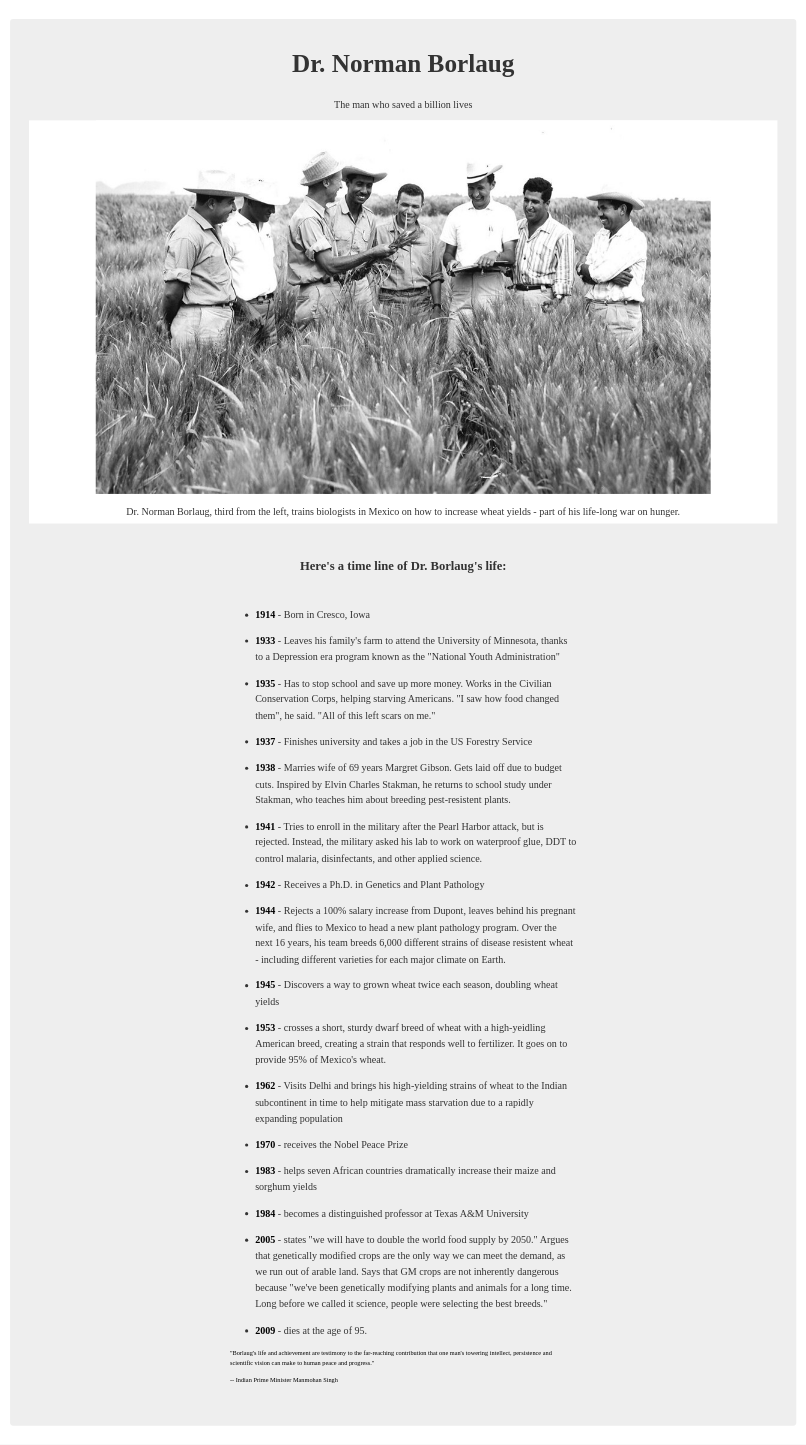
Repository: HTDuy01/github-demo
Page: freecodecamp/index.html
The author's editor kept a copy of each file at every save. The page is drawn from the files as they stood at one save, then again after the next save.
The browser window is 1280 px wide. The pictures show the whole page, at 63% of full size.

Above is the page before, as saved 2021-11-18 21:32:46.

### freecodecamp/index.html
<!DOCTYPE html>
<html lang="en">
<head>
    <meta charset="UTF-8">
    <meta http-equiv="X-UA-Compatible" content="IE=edge">
    <meta name="viewport" content="width=device-width, initial-scale=1.0">
    <title>Document</title>
    <link rel="stylesheet" href="/assets/css/style.css">
    <link rel="stylesheet" href="/assets/css/base.css">
</head>
<body>
    <div class="main">
        <header id="title">
            <h1 class="heading">Dr. Norman Borlaug</h1>
            <p class="sub-heading">The man who saved a billion lives</p>
        </header>

        <div id="img-div">
            <img src="/assets/img/tribute-page-main-image.jpg" alt="" class="img">
            <p class="sub-img">Dr. Norman Borlaug, third from the left, trains biologists in Mexico on how to increase wheat yields - part of his life-long war on hunger.</p>
        </div>

        <div class="content">
            <h3 class="content-heading">Here's a time line of Dr. Borlaug's life:</h3>
            <ul class="content-list">
                <li class="content-item">
                    <strong>1914</strong>
                     - Born in Cresco, Iowa
                </li>
                <li class="content-item">
                    <strong>1933</strong>
                      - Leaves his family's farm to attend the University of Minnesota, thanks to a Depression era program known as the "National Youth Administration"
                </li>
                <li class="content-item">
                    <strong>1935</strong>
                     - Has to stop school and save up more money. Works in the Civilian Conservation Corps, helping starving Americans. "I saw how food changed them", he said. "All of this left scars on me."
                </li>
                <li class="content-item">
                    <strong>1937</strong>
                     - Finishes university and takes a job in the US Forestry Service
                </li>
                <li class="content-item">
                    <strong>1938</strong>
                     - Marries wife of 69 years Margret Gibson. Gets laid off due to budget cuts. Inspired by Elvin Charles Stakman, he returns to school study under Stakman, who teaches him about breeding pest-resistent plants.
                </li>
                <li class="content-item">
                    <strong>1941</strong>
                      - Tries to enroll in the military after the Pearl Harbor attack, but is rejected. Instead, the military asked his lab to work on waterproof glue, DDT to control malaria, disinfectants, and other applied science.
                </li>
                <li class="content-item">
                    <strong>1942</strong>
                       - Receives a Ph.D. in Genetics and Plant Pathology
                </li>
                <li class="content-item">
                    <strong>1944</strong>
                    - Rejects a 100% salary increase from Dupont, leaves behind his pregnant wife, and flies to Mexico to head a new plant pathology program. Over the next 16 years, his team breeds 6,000 different strains of disease resistent wheat - including different varieties for each major climate on Earth.
                </li>
                <li class="content-item">
                    <strong>1945</strong>
                     - Discovers a way to grown wheat twice each season, doubling wheat yields
                </li>
                <li class="content-item">
                    <strong>1953</strong>
                      - crosses a short, sturdy dwarf breed of wheat with a high-yeidling American breed, creating a strain that responds well to fertilizer. It goes on to provide 95% of Mexico's wheat.
                </li>
                <li class="content-item">
                    <strong>1962</strong>
                     - Visits Delhi and brings his high-yielding strains of wheat to the Indian subcontinent in time to help mitigate mass starvation due to a rapidly expanding population
                </li>
                <li class="content-item">
                    <strong>1970</strong>
                     - receives the Nobel Peace Prize
                </li>
                <li class="content-item">
                    <strong>1983</strong>
                      - helps seven African countries dramatically increase their maize and sorghum yields
                </li>
                <li class="content-item">
                    <strong>1984</strong>
                     - becomes a distinguished professor at Texas A&M University
                </li>
                <li class="content-item">
                    <strong>2005</strong>
                     - states "we will have to double the world food supply by 2050." Argues that genetically modified crops are the only way we can meet the demand, as we run out of arable land. Says that GM crops are not inherently dangerous because "we've been genetically modifying plants and animals for a long time. Long before we called it science, people were selecting the best breeds."
                </li>
                <li class="content-item">
                    <strong>2009</strong>
                      - dies at the age of 95.
                </li>
            </ul>

            <div class="content-end">
                <p class="content-end__heading">"Borlaug's life and achievement are testimony to the far-reaching contribution that one man's towering intellect, persistence and scientific vision can make to human peace and progress."</p>
                <p class="content-end__sub-heading">-- Indian Prime Minister Manmohan Singh</p>
            </div>
        </div>

        <footer class="footer">

        </footer>
    </div>
</body>
</html>

### freecodecamp/assets/css/style.css
.main {
    background-color: #eee;
    margin: 30px 8px;
    padding: 15px;
    border-radius: 5px;
}

/* header */
#title {
    text-align: center;
}

.heading {
    color: var(--color-header);
    font-size: 4rem;
    font-weight: 700;
    margin-top: 27px;
    line-height: 60px;
}

.sub-heading {
    font-size: 1.6rem;
    color: var(--color-header);
    font-weight: 300;
}

/* Bener */
#img-div {
    height: 640px;
    background-color: #fff;
    margin: 0 15px;
    text-align: center;
}

.img {
    width: 976px;
    height: 593px;
}

.sub-img {
    font-size: 1.6rem;
    color: var(--color-header);
    font-weight: 400;
}

.content-heading {
    font-size: 2rem;
    color: var(--color-header);
    font-weight: 600;
    text-align: center;
    margin: 50px 0;
}

.content-end,
.content {
    max-width: 550px;
    text-align: left;
    margin: 0 auto 50px auto;
    line-height: 1.6;
}

.content-item {
    font-size: 1.6rem;
    margin: 16px 0;
    color: rgb(51,51,51);
}

strong {
    color: #000
}

### freecodecamp/assets/css/base.css

* {
    box-sizing: inherit;
}

html {
    font-size: 62.5%;
    line-height: 1.6rem;
    /* font-family: -apple-system, BlinkMacSystemFont, 'Segoe UI', 'Roboto', 'Helvetica Neue', Arial, sans-serif; */
    box-sizing: border-box;
}

:root {
    --color-header:#333;
}

After the next save:
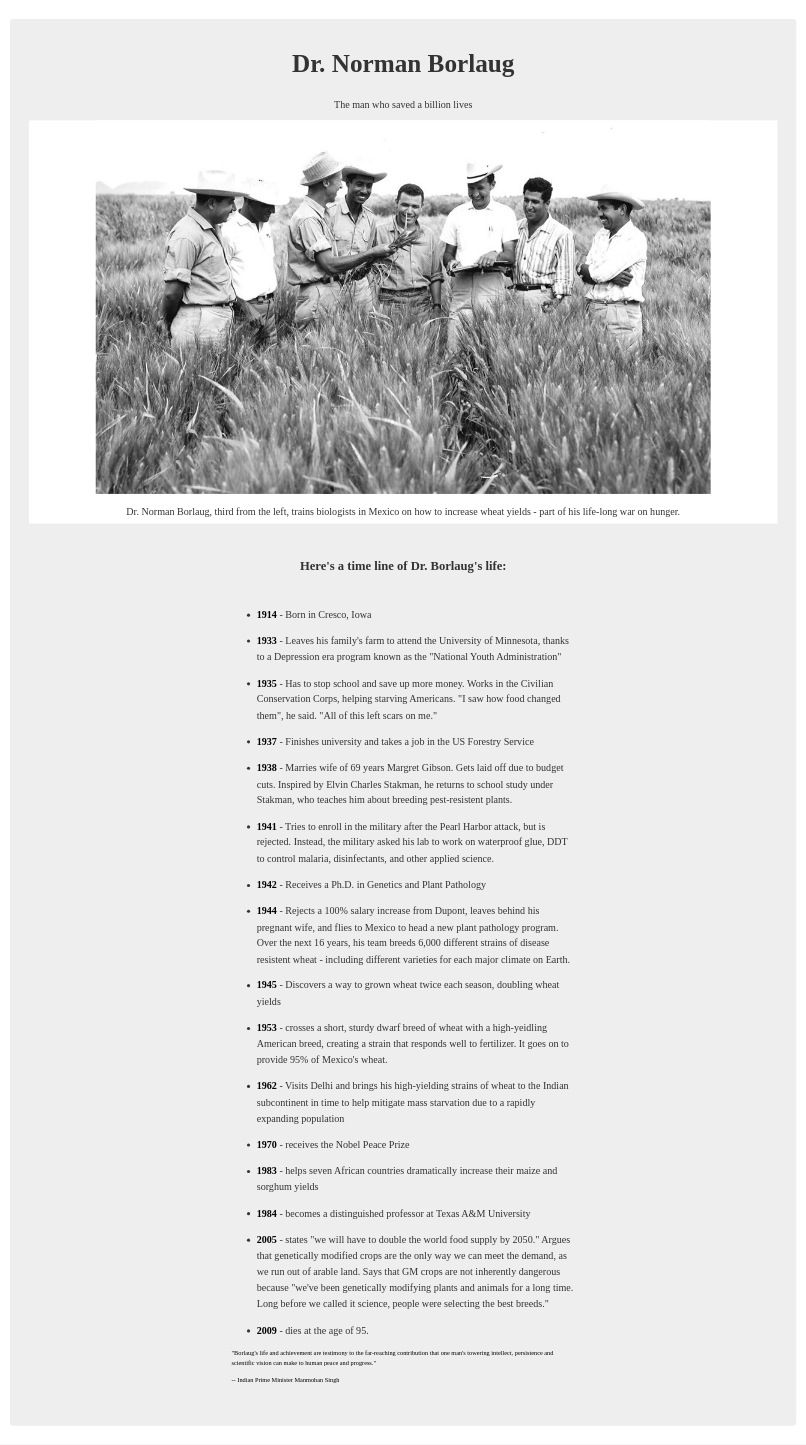
Saved 57 s later.
--- a/freecodecamp/assets/css/style.css
+++ b/freecodecamp/assets/css/style.css
@@ -53,7 +53,7 @@
 
 .content-end,
 .content {
-    max-width: 550px;
+    max-width: 545px;
     text-align: left;
     margin: 0 auto 50px auto;
     line-height: 1.6;
